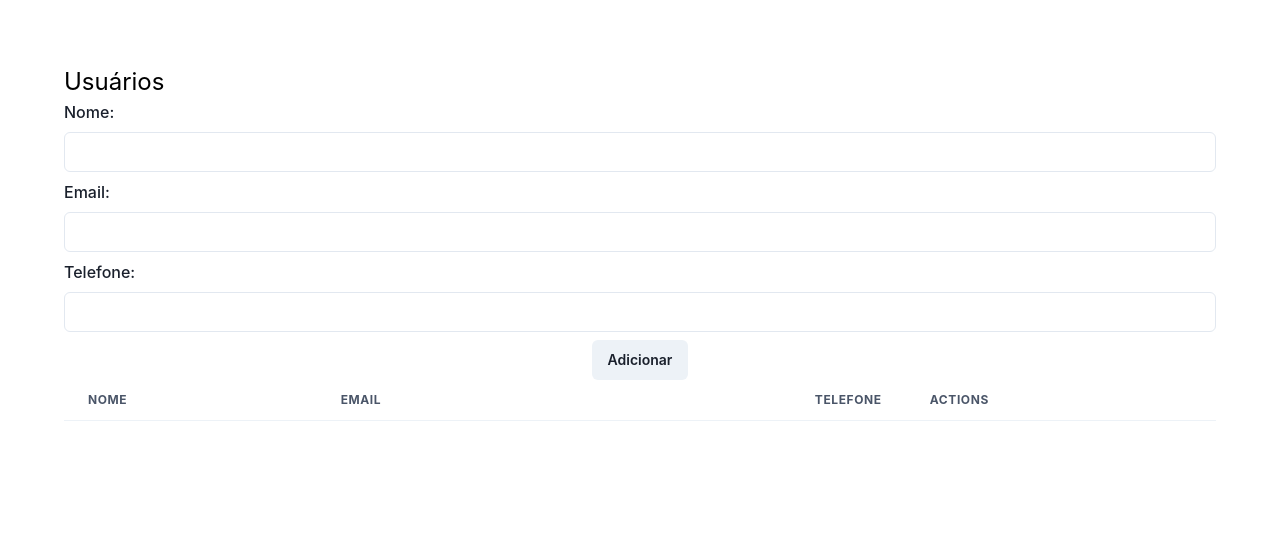
Repository: renan-oliveira93/CRUD-ATERRA
Page: /
These files come from the project's save history. The page is drawn as it stood at one moment and after the next save; the edit follows.
The browser window is 1280 px wide. The pictures show the whole page.
The page's requests for data from a server got no answer. The project was rebuilt for these pictures with package versions that can differ from the ones it lists, and the page was loaded fresh each time. The framework's server and built-in components were replaced by stand-ins that run in the browser. No one was signed in, and anything a server would have sent is missing. Also part of the build but not shown: next.config.js.

Above is the page before, as saved 2022-02-02 11:07:59.

### pages/_app.js
import '../styles/globals.css'
import { ChakraProvider } from '@chakra-ui/react'

function MyApp({ Component, pageProps }) {
  return (
    <ChakraProvider>
         <Component {...pageProps} />
    </ChakraProvider>
  )

}

export default MyApp

### pages/index.js
import {
  Flex,
  Text,
  Box,
  Input,
  FormControl,
  FormLabel,
  Table,
  Thead,
  Tbody,
  Tr,
  Th,
  Td,
  VStack,
 } from '@chakra-ui/react'
import { Button } from '@chakra-ui/react'
import { useEffect } from 'react';
import { useState } from 'react/cjs/react.development'
import api from './services/api';


export default function Home() {

  //funções de armazenamento de dados
  const [usuarios, setUsuarios] = useState ([]);
  const [id, setId] = useState (null);

  const [name, setName] = useState ('');
  console.log({name})

  const [email, setEmail] = useState ('');
  console.log({email})

  const [telefone, setTelefone] = useState ('');
  console.log({telefone})

  //funções que controlam os eventos nos imputs
  const handleChangeName = (text) =>{
    setName(text)
  }

  const handleChangeEmail = (text) =>{
    setEmail(text)
  }

  const handleChangeTelefone = (text) =>{
    setTelefone(text)
  }

  //função que controla o botão de submit
  const handleSubmit = async (event) => {
    event.preventDefault()

    try{
      const response = await api.post('/usuarios', {name, email, telefone})
      console.log(response)

      setUsuarios(usuarios.concat(data.data))

      setName('')
      setEmail('')
      setTelefone('')
    }catch(err){
      console.log(err)
    }

  }

  //função para trazer usuarios do banco de dados e imprimir na tela
  useEffect(() => {
    api.get('/usuarios').then(({data}) => {
      setUsuarios(data.data)
    })
  }, [])

  //função de controle do delete
  const handleDelete = async (_id) =>{
    try{
      await api.delete(`/usuarios/${_id}`)

      setUsuarios(usuarios.filter(usuario => usuario._id !== _id))
    }catch(err){
      console.log(err)
    }

  }

  //funções de controle de update
  const handleUpdate = async (event) => {
    event.preventDefault()

    try {
      await api.put(`/usuarios/${id}`, {name, email, telefone})
      setUsuarios(usuarios.map(usuario => usuario._id === id ?{name, email, telefone, _id : id} : usuario))

    setName('')
    setEmail('')
    setTelefone('')
    setId(null)
    } catch (err) {
      console.log(err)
    }
  }

  const handleUpdateSubmit = (usuario) => {
    setId(usuario._id)
    setName(usuario.name)
    setEmail(usuario.email)
    setTelefone(usuario.telefone)

  }

  return (
    <Box margin='4rem'>

      <Flex color='white' justifyContent='space-between' >
          <Text color='black' fontSize='2xl'>Usuários</Text>
      </Flex>

      <VStack marginy='1rem' as='form' onSubmit={id ? handleUpdate : handleSubmit}>
        <FormControl>
          <FormLabel >Nome:</FormLabel>
            <Input
            type='text'
            value={name}
            onChange={event => handleChangeName(event.target.value)}
            />

        </FormControl>

        <FormControl>
          <FormLabel>Email:</FormLabel>
            <Input
            type='email'
            value={email}
            onChange={event => handleChangeEmail(event.target.value)}
            />

        </FormControl>

        <FormControl>
          <FormLabel >Telefone:</FormLabel>
            <Input
            type='tel:'
            value={telefone}
            onChange={event => handleChangeTelefone(event.target.value)}
            />

        </FormControl>

        <Button fontSize='sm' margin='1rem' alignself='flex-end' colorScheme='gray' type='submit'>{id? 'Atualizar' : 'Adicionar'}</Button>

      </VStack>

      <Table variant='simple'>

        <Thead>

          <Tr>
            <Th>Nome</Th>
            <Th>Email</Th>
            <Th isNumeric>Telefone</Th>
            <Th>Actions</Th>
          </Tr>

        </Thead>

        <Tbody>

          {usuarios.map(usuario => (
            <Tr key={usuario.name}>
              <Td>{usuario.name}</Td>
              <Td>{usuario.email}</Td>
              <Td isNumeric>{usuario.telefone}</Td>
              <Td>
                <Flex justifyContent='space-between'>
                  <Button size="sm" fontSize="smaller" colorScheme="yellow" mr="2"
                  onClick={() => handleUpdateSubmit(usuario)}>Editar</Button>
                  <Button size='sm' colorScheme='red'
                  onClick={() => handleDelete(usuario._id)}>Remover</Button>
                </Flex>
              </Td>
            </Tr>
          ))}

        </Tbody>

     </Table>

    </Box>

  )
};

### pages/services/api.js
import axios from "axios"

const api = axios.create({
    baseURL: 'http://localhost:3000/api'
})

export default api

Loaded but not shown: styles/globals.css (common file)

After the next save:
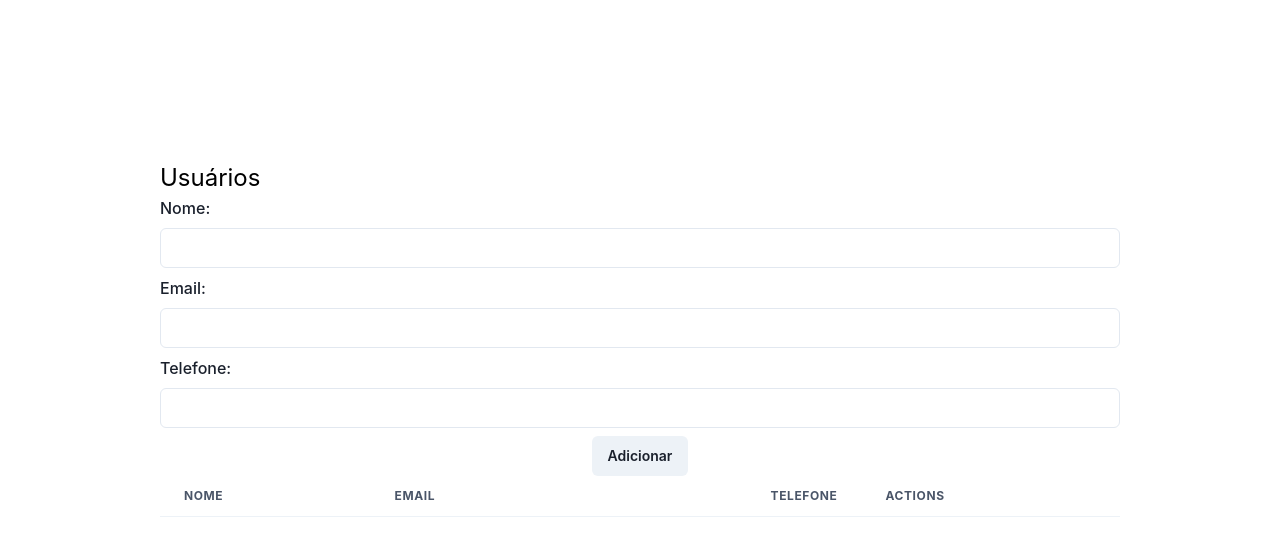
Saved 15 min 5 s later.
--- a/pages/index.js
+++ b/pages/index.js
@@ -111,7 +111,7 @@ export default function Home() {
   }
 
   return (
-    <Box margin='4rem'>
+    <Box margin='10rem'>
 
       <Flex color='white' justifyContent='space-between' >
           <Text color='black' fontSize='2xl'>Usuários</Text>
